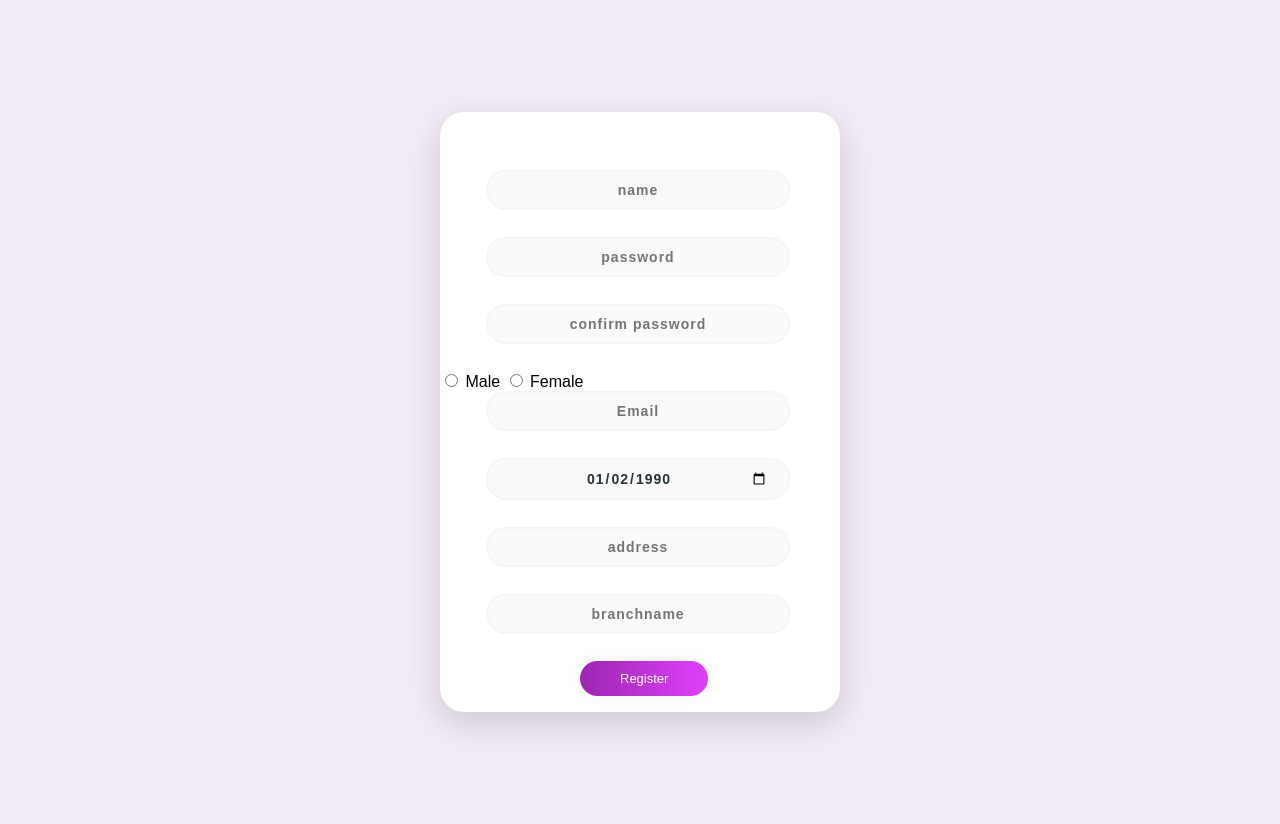
Repository: anujs099/bankingapp
Page: banking-application-final/WebContent/Register.html
An editor plug-in stored every save of this project. The page is shown before and after the next save, followed by the edit.
The browser window is 1280 px wide. The pictures show the whole page.

Above is the page before, as saved 2021-03-04 13:46:38.

After the next save:
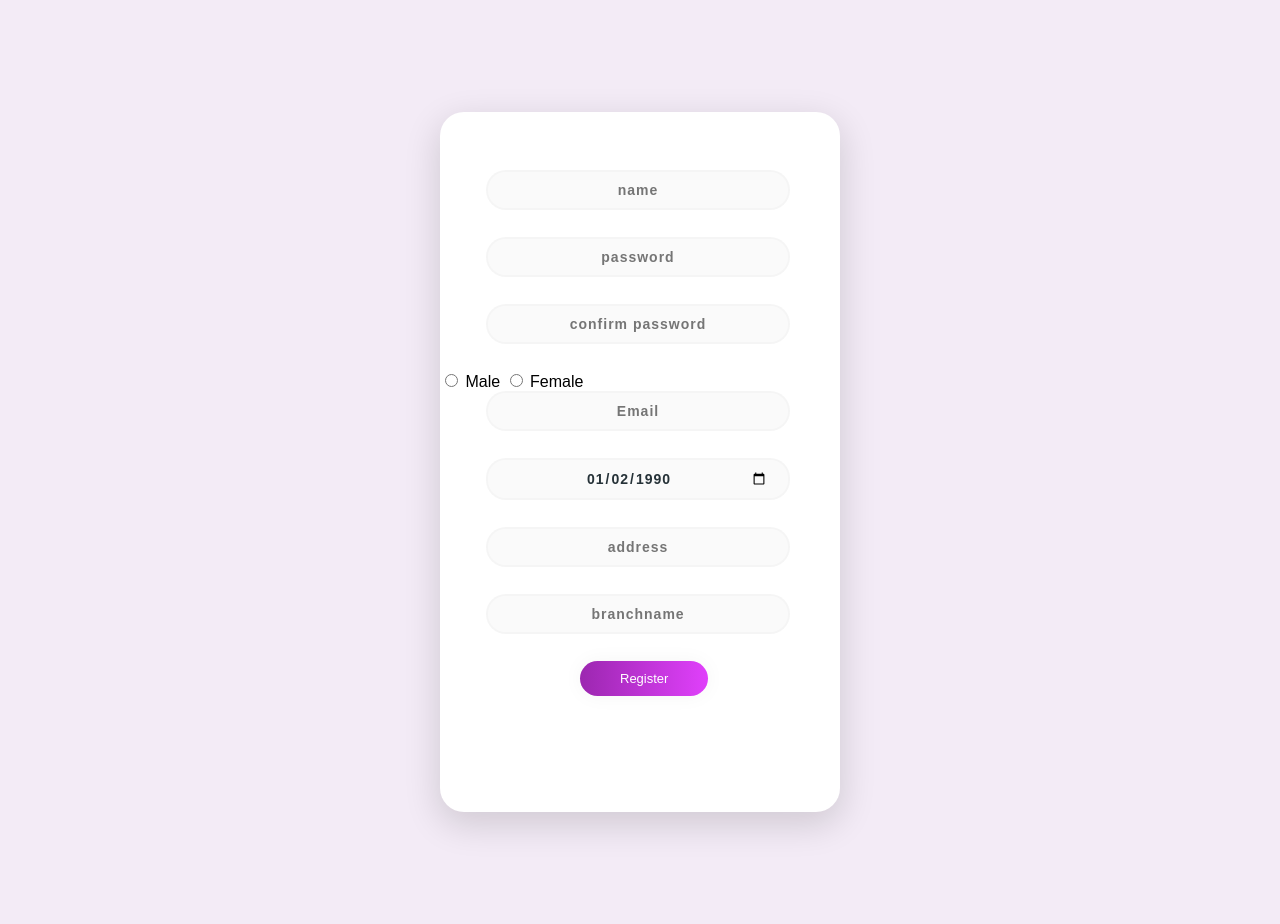
Saved 22 s later.
--- a/banking-application-final/WebContent/Register.html
+++ b/banking-application-final/WebContent/Register.html
@@ -7,7 +7,7 @@
 </head>
 <body>
 <div class="main" style="width: 400px;
-        height: 600px;">
+        height: 700px;">
 <Form action="registerservlet" method="post" class="form1"><br>
 <input type="text" placeholder="name" name="firstname" class="un"><br>
 <input type="password" placeholder="password" name="password" class="un"><br>
